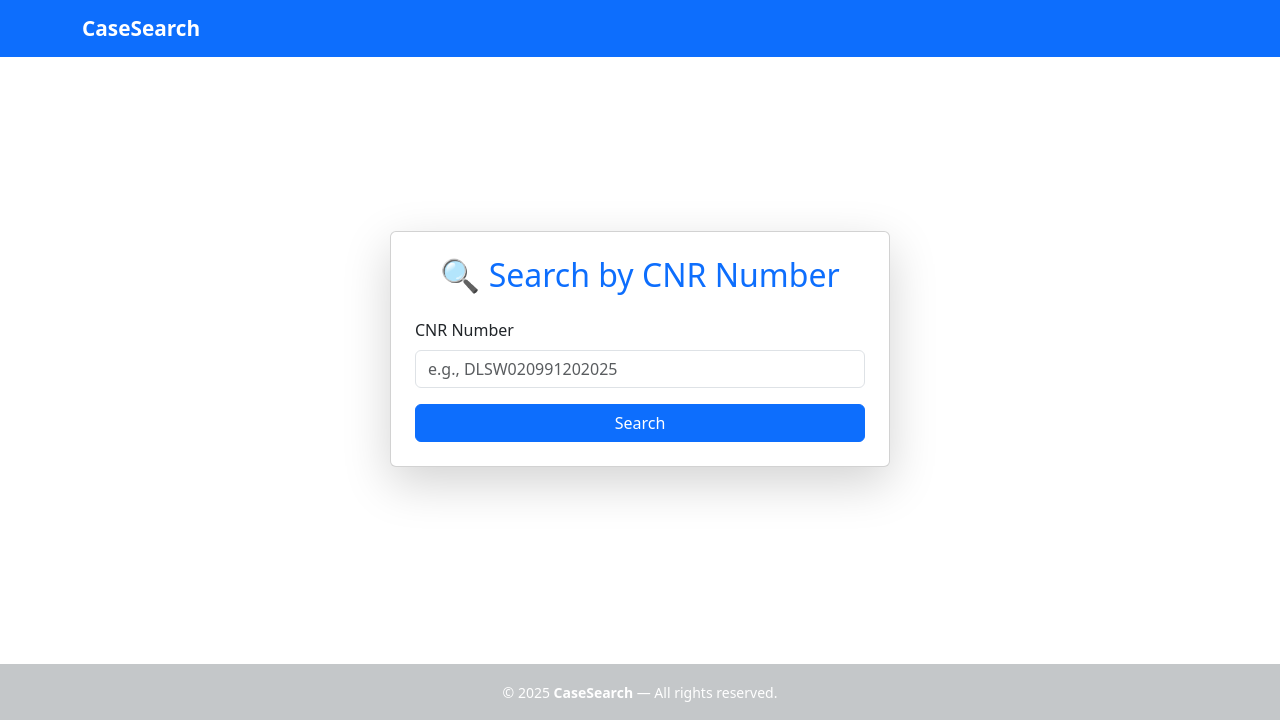
Repository: moatazbenma/Internship_task
Page: http://localhost/
The author's editor kept a copy of each file at every save. The page is drawn from the files as they stood at one save, then again after the next save.
The browser window is 1280 px wide. The pictures show the whole page.
The page is served by the project's application, run on Django 5.2 (court_project/manage.py). Other server files are loaded and not shown.

Above is the page before, as saved 2025-08-04 03:50:01.

### court_projects/court_project/case_search/templates/case_search/search_form.html
{% extends "case_search/base.html" %}

{% block title %}Search Case{% endblock %}

{% block content %}
<div class="d-flex justify-content-center align-items-center" style="min-height: 70vh;">
    <div class="card shadow-lg p-4" style="width: 100%; max-width: 500px;">
        <h2 class="mb-4 text-center text-primary">🔍 Search by CNR Number</h2>
        <form method="get" action="{% url 'case_search:search' %}" id="searchForm">
            <div class="mb-3">
                <label for="cnr" class="form-label">CNR Number</label>
                <input type="text" name="cnr" id="cnr" class="form-control"
                       placeholder="e.g., DLSW020991202025" required>
            </div>
            <button type="submit" class="btn btn-primary w-100" id="submitBtn">
                Search
            </button>
        </form>
    </div>
</div>

<script>
    const form = document.getElementById('searchForm');
    const btn = document.getElementById('submitBtn');
    form.addEventListener('submit', () => {
        btn.disabled = true;
        btn.innerHTML = `<span class="spinner-border spinner-border-sm me-2" role="status" aria-hidden="true"></span>Searching...`;
    });
</script>
{% endblock %}

### court_projects/court_project/case_search/templates/case_search/base.html
{% load static %}
<!DOCTYPE html>
<html lang="en">
<head>
    <meta charset="UTF-8">
    <meta name="viewport" content="width=device-width, initial-scale=1">
    <meta name="description" content="Search and track case records effortlessly using CaseSearch.">
    <title>{% block title %}Case Search{% endblock %}</title>

    <link rel="icon" href="{% static 'images/favicon.ico' %}">
    <link href="https://cdn.jsdelivr.net/npm/bootstrap@5.3.0/dist/css/bootstrap.min.css" rel="stylesheet">

    <style>
        body {
            display: flex;
            flex-direction: column;
            min-height: 100vh;
        }
        .content {
            flex: 1;
        }
        footer {
            background-color: #c4c7c9ff;
        }
        .navbar-brand {
            font-weight: bold;
            font-size: 1.3rem;
        }
    </style>
</head>
<body>

<nav class="navbar navbar-expand-lg navbar-dark bg-primary">
    <div class="container">
        <a class="navbar-brand" href="{% url 'case_search:search_form' %}">CaseSearch</a>
        <button class="navbar-toggler" type="button" data-bs-toggle="collapse" data-bs-target="#navbarNav"
                aria-controls="navbarNav" aria-expanded="false" aria-label="Toggle navigation">
            <span class="navbar-toggler-icon"></span>
        </button>
        <div class="collapse navbar-collapse" id="navbarNav">
        </div>
    </div>
</nav>

<div class="container mt-3">
    {% if messages %}
        {% for message in messages %}
            <div class="alert alert-{{ message.tags }} alert-dismissible fade show" role="alert">
                {{ message }}
                <button type="button" class="btn-close" data-bs-dismiss="alert" aria-label="Close"></button>
            </div>
        {% endfor %}
    {% endif %}
</div>

<main class="container content my-4">
    {% block content %}{% endblock %}
</main>

<footer class="text-white text-center py-3 mt-auto">
    <div class="container">
        <small>&copy; 2025 <strong>CaseSearch</strong> — All rights reserved.</small>
    </div>
</footer>

<script src="https://cdn.jsdelivr.net/npm/bootstrap@5.3.0/dist/js/bootstrap.bundle.min.js"></script>
</body>
</html>

### court_projects/court_project/case_search/views.py
from django.shortcuts import render
from .scraper import scrape_case_details
from case_search.utils import save_scraped_data
from django.contrib import messages


def search_form(request):
    return render(request, 'case_search/search_form.html')

def search_view(request):
    cnr = request.GET.get("cnr", "").strip().upper()

    if not cnr or len(cnr) != 16:
        messages.error(request, "❌ Invalid CNR format. It must be exactly 16 characters long.")
        return render(request, "case_search/search_result.html")

    try:
        data = scrape_case_details(cnr)
    except Exception as e:
        messages.error(request, f"⚠️ Error occurred while fetching the case: {str(e)}")
        return render(request, "case_search/search_result.html")

    if not data:
        messages.error(request, f"❌ No case found for CNR: {cnr}. Please check the number and try again.")
        return render(request, "case_search/search_result.html")

    case = save_scraped_data(data)
    return render(request, "case_search/search_result.html", {"case": case})

### court_projects/court_project/court_project/urls.py
from django.contrib import admin
from django.urls import path, include

urlpatterns = [
    path('admin/', admin.site.urls),
    path('', include('case_search.urls', namespace='case_search')),  # 👈 This is crucial
]

### court_projects/court_project/case_search/urls.py
from django.urls import path
from . import views

app_name = 'case_search'

urlpatterns = [
    path('', views.search_form, name='search_form'),
    path('results/', views.search_view, name='search'),
]

### court_projects/court_project/case_search/scraper.py
import requests
from bs4 import BeautifulSoup

BASE_URL = "https://districts.ecourtsindia.com/CNR/"

def scrape_case_details(cnr_number):
    url = f"{BASE_URL}{cnr_number}"
    response = requests.get(url)

    if response.status_code != 200:
        print(f"Failed to fetch data for {cnr_number}")
        return None

    soup = BeautifulSoup(response.text, "html.parser")

    try:
        card_body = soup.select_one('.info-card .card-body')
        columns = card_body.select('.col-md-6')

        left = columns[0].find_all('p')
        right = columns[1].find_all('p')

        cnr = left[0].text.split(":")[-1].strip()
        case_number = left[1].text.split(":")[-1].strip()
        parties = left[2].text.split(":")[-1].strip()
        filing_date = left[3].text.split(":")[-1].strip()
        registration_date = left[4].text.split(":")[-1].strip()

        court_name = right[0].text.split(":")[-1].strip()
        hearing_date = right[1].text.split(":")[-1].strip()
        status = right[2].text.split(":")[-1].strip()

        petitioner, respondent = parties.split("versus")

        orders = []
        timeline_items = soup.select('.timeline-item')

        for item in timeline_items:
            if 'marker-order' in item.select_one('.timeline-marker')['class']:
                order_date = item.select_one('.event-date').text.strip()
                summary = item.select_one('h6').text.strip()
                pdf_link_tag = item.select_one('a.btn-view-order')
                pdf_url = "https://districts.ecourtsindia.com" + pdf_link_tag['href']

                orders.append({
                    "date": order_date,
                    "summary": summary,
                    "pdf_url": pdf_url
                })

        return {
            "cnr": cnr,
            "case_number": case_number,
            "petitioner": petitioner.strip(),
            "respondent": respondent.strip(),
            "filing_date": filing_date,
            "registration_date": registration_date,
            "hearing_date": hearing_date,
            "court_name": court_name,
            "status": status,
            "orders": orders,
            "raw_html": response.text,
        }

    except Exception as e:
        print(f"Error during parsing: {e}")
        return None

After the next save:
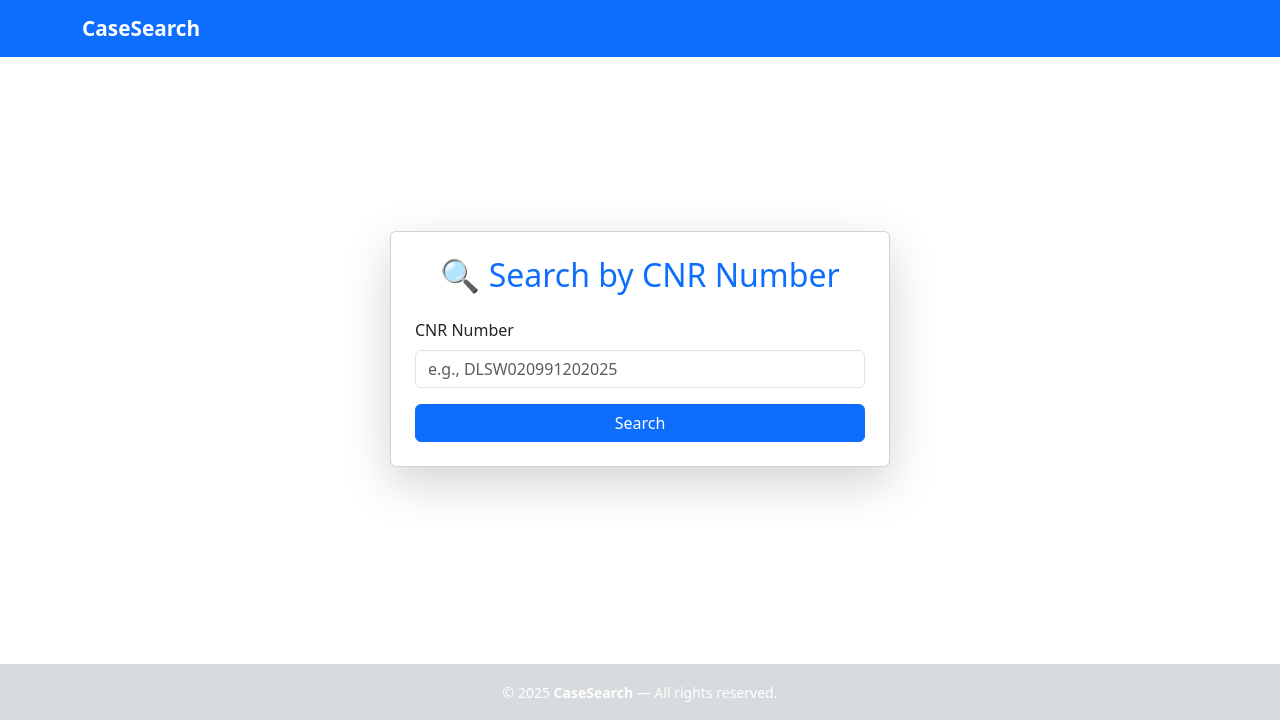
Saved 8 s later.
--- a/court_projects/court_project/case_search/templates/case_search/base.html
+++ b/court_projects/court_project/case_search/templates/case_search/base.html
@@ -20,7 +20,7 @@
             flex: 1;
         }
         footer {
-            background-color: #c4c7c9ff;
+            background-color: #d8dbddff;
         }
         .navbar-brand {
             font-weight: bold;
